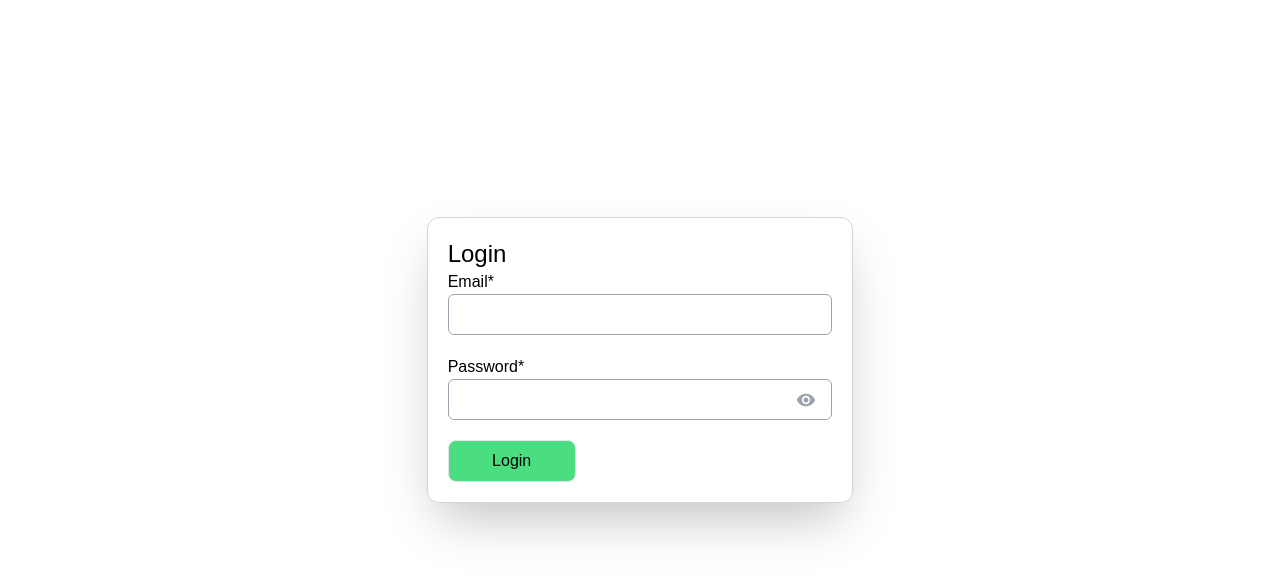
Repository: Qu4ntumGuy/support-ai
Page: /auth (app in frontend/)
An editor plug-in stored every save of this project. The page is shown before and after a run of saves, followed by the edit.
The browser window is 1280 px wide. The pictures show the whole page.
The project was rebuilt for these pictures with package versions that can differ from the ones it lists, and the page was loaded fresh each time.

Above is the page before, as saved 2024-07-13 18:51:15.

### frontend/src/index.css
@tailwind base;
@tailwind components;
@tailwind utilities;

@import url("https://fonts.googleapis.com/css2?family=Poppins:ital,wght@0,100;0,200;0,300;0,400;0,500;0,600;0,700;0,800;0,900;1,100;1,200;1,300;1,400;1,500;1,600;1,700;1,800;1,900&display=swap");

:root {
  font-family: "Poppins", sans-serif;
  color-scheme: light;
}

### frontend/src/App.js
import React, { Suspense } from "react";
import { Route, Routes } from "react-router-dom";
import { BrowserRouter } from "react-router-dom";

const Home = React.lazy(() => import("./Pages/Home/Home"));
const Auth = React.lazy(() => import("./Pages/Auth/Auth"));

function App() {
  return (
    <>
      <BrowserRouter>
        <Suspense fallback={<div>Loading...</div>}>
          <Routes>
            <Route path="/" exact element={<Home />} />
            <Route path="/auth" exact element={<Auth />} />
          </Routes>
        </Suspense>
      </BrowserRouter>
    </>
  );
}

export default App;

### frontend/src/Pages/Auth/Auth.js
import React from "react";
import { Link } from "react-router-dom";
import VisibilityIcon from "@mui/icons-material/Visibility";
import VisibilityOffIcon from "@mui/icons-material/VisibilityOff";

function Auth() {
  const [email, setEmail] = React.useState("");
  const [password, setPass] = React.useState("");
  const [showPassword, setShowPassword] = React.useState(false);
  const [loading, setLoading] = React.useState(false);

  const loginHandler = async (e) => {
    e.preventDefault();
    setLoading(true);
    const res = await fetch("http://localhost:8000/api/login", {
      method: "POST",
      headers: {
        "Content-Type": "application/json",
      },
      body: JSON.stringify({ email, password }),
    });
    const data = await res.json();
    console.log(data);
    setLoading(false);
  };

  return (
    <div className="flex h-screen justify-center items-center">
      <div className="border border-gray-300 rounded-xl p-5 w-full md:w-1/2 m-5 shadow-2xl xl:w-1/3 2xl:w-[30%]">
        <div className="text-2xl">Login</div>
        <div>
          <form>
            <div>
              <label>Email*</label>
              <input
                type="text"
                className=" hover:border-gray-500 border bg-inherit focus:outline-none  border-gray-400 w-full p-[2%] rounded-md mb-5"
                name="email"
                required
                onChange={(e) => setEmail(e.target.value)}
                value={email}
              />
            </div>
            <div>
              <label>Password*</label>
              <div className="flex border hover:border-gray-500 focus:outline-none justify-between border-gray-400 w-full p-[2%] rounded-md mb-5 ">
                <input
                  type={showPassword ? "text" : "password"}
                  className="focus:outline-none w-full bg-inherit"
                  name="password"
                  required
                  onChange={(e) => setPass(e.target.value)}
                  value={password}
                />
                <div
                  onClick={() => setShowPassword(!showPassword)}
                  className="cursor-pointer px-2 text-gray-400"
                >
                  {showPassword ? (
                    <VisibilityOffIcon fontSize="small" />
                  ) : (
                    <VisibilityIcon fontSize="small" />
                  )}
                </div>
              </div>
            </div>
            <button className="w-32 border bg-green-400 p-2 rounded-lg hover:bg-green-500">
              {loading ? "Loading..." : "Login"}
            </button>
          </form>
        </div>
      </div>
    </div>
  );
}

export default Auth;

Loaded but not shown: frontend/public/index.html (common file); frontend/src/index.js (common file); frontend/src/reportWebVitals.js (common file); frontend/tailwind.config.js (common file)

After the next 2 saves:
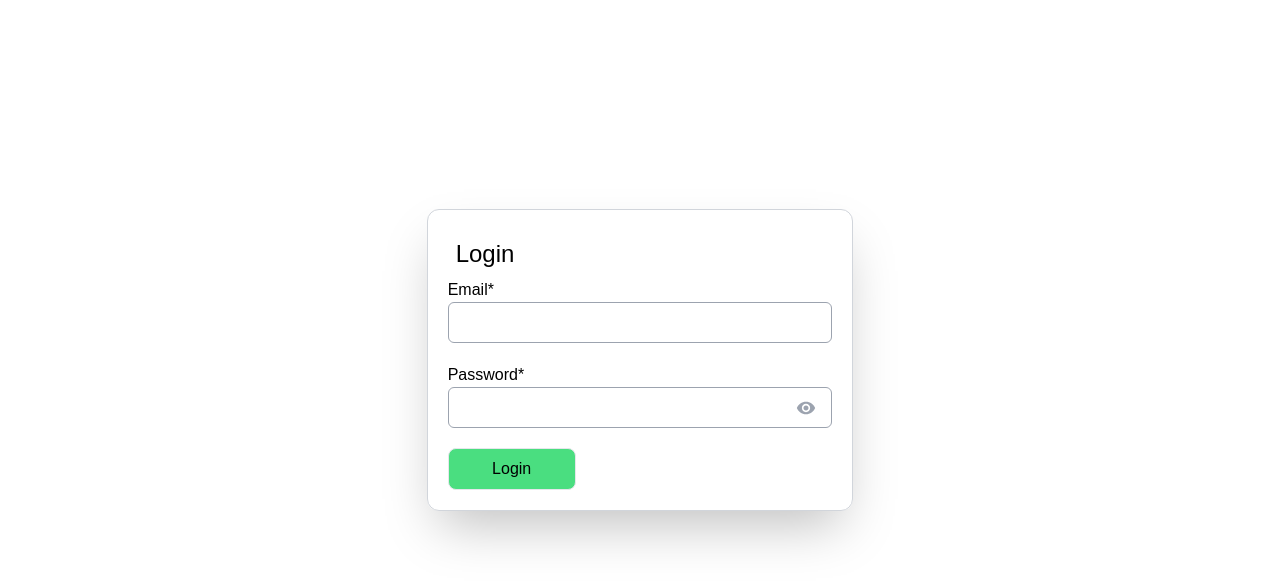
The 2 saves are shown as one change because they came seconds apart.
The last was saved 10 s later.
--- a/frontend/src/Pages/Auth/Auth.js
+++ b/frontend/src/Pages/Auth/Auth.js
@@ -27,7 +27,7 @@ function Auth() {
   return (
     <div className="flex h-screen justify-center items-center">
       <div className="border border-gray-300 rounded-xl p-5 w-full md:w-1/2 m-5 shadow-2xl xl:w-1/3 2xl:w-[30%]">
-        <div className="text-2xl">Login</div>
+        <div className="text-2xl p-2">Login</div>
         <div>
           <form>
             <div>
